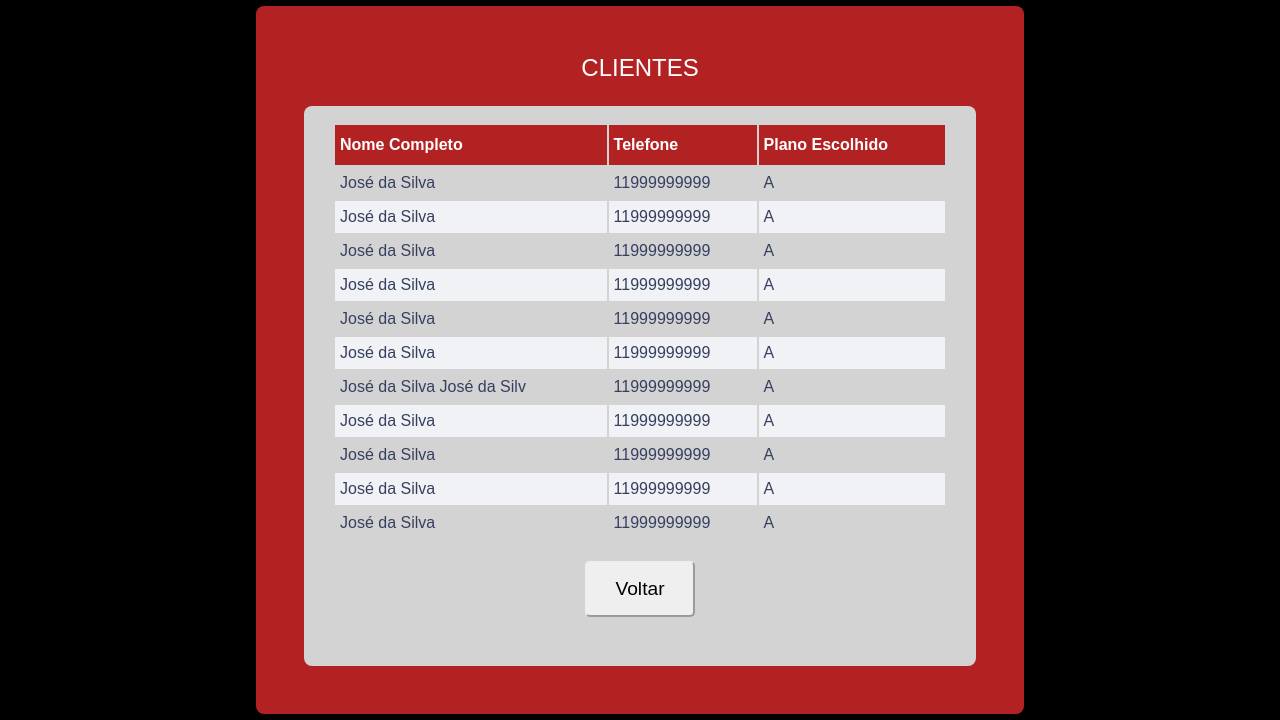
Repository: samantaProspero/projeto_integrador
Page: Versão Atual/PI_Vanila/clientes.html
An editor plug-in stored every save of this project. The page is shown before and after the next save, followed by the edit.
The browser window is 1280 px wide. The pictures show the whole page.

Above is the page before, as saved 2021-11-06 15:07:33.

### Versão Atual/PI_Vanila/clientes.html
<!DOCTYPE html>
<html lang="pt-BR">
<head>
  <meta charset="UTF-8">
  <meta http-equiv="X-UA-Compatible" content="IE=edge">
  <meta name="viewport" content="width=device-width, initial-scale=1.0">
  <link rel="stylesheet" type="text/css" href="_css/global.css">
  <link rel="stylesheet" type="text/css" href="_css/clientes.css">
  <title>D Lions</title>
</head>
<body id="clientes-container">
  <section class="clientes-content">
    <p>CLIENTES</p>
    <nav class="clientes-painel">
      <div class="clientes-lista">

        <div class="area-clientes">
          <table>
            <thead>
              <th>Nome Completo</th>
              <th>Telefone</th>
              <th>Plano Escolhido</th>
            </thead>
            <tbody>
              <tr>
                <td>José da Silva</td>
                <td>11999999999</td>
                <td>A</td>
              </tr>
              <tr>
                <td>José da Silva</td>
                <td>11999999999</td>
                <td>A</td>
              </tr>
              <tr>
                <td>José da Silva</td>
                <td>11999999999</td>
                <td>A</td>
              </tr>
              <tr>
                <td>José da Silva</td>
                <td>11999999999</td>
                <td>A</td>
              </tr>
              <tr>
                <td>José da Silva</td>
                <td>11999999999</td>
                <td>A</td>
              </tr>
              <tr>
                <td>José da Silva</td>
                <td>11999999999</td>
                <td>A</td>
              </tr>
              <tr>
                <td>José da Silva José da Silv</td>
                <td>11999999999</td>
                <td>A</td>
              </tr>
              <tr>
                <td>José da Silva</td>
                <td>11999999999</td>
                <td>A</td>
              </tr>
              <tr>
                <td>José da Silva</td>
                <td>11999999999</td>
                <td>A</td>
              </tr>
              <tr>
                <td>José da Silva</td>
                <td>11999999999</td>
                <td>A</td>
              </tr>
              <tr>
                <td>José da Silva</td>
                <td>11999999999</td>
                <td>A</td>
              </tr>
            </tbody>
          </table>
            <button>Voltar</button>
        </div>
      </div>
    </nav>
  </section>
</body>
</html>

### Versão Atual/PI_Vanila/_css/global.css
  :root{
    --red: #E52E4D;
    --green: #33CC95;
    --blue: #5429CC;
    --blue-light: #6933FF;
    --text-title: #363F5F;
    --text-body: #969CB2;
    --background: #f0f2f5;
    --shape: #FFFFFF;
    --primary_dark: #363F5F;
  --secondary_dark: #000000;
    --primary: #FF0000;
    --bg_home: #B22222;
    --bg_cadastro:#A52A2A;
    --icon: #6495ED;
    --bg_frame: #D3D3D3;
  }
  /* font verdana 8 bold */

  *{
    margin: 0;
    padding: 0;
    box-sizing: border-box;
  }

  /* // font-size: 16px (Desktop) */
  html{
    @media (max-width: 1080px){
      font-size: 93.75%; //15px
    }
    @media (max-width: 720px){
      font-size: 87.5%;  //14px
    }
  }
  /* //REM = 1rem = 16px */
  body{
    background: var(--secondary_dark);
    -webkit-font-smoothing: antialiased;
  }

  body, input, textarea, button {
    font-family: 'Poppins', sans-serif;
    font-weight: 400;
  }

  h1, h2, h3, h4, h5, h6, strong {
    font-weight: 600;
  }

  button {
    cursor: pointer;
  }



  /* [disabled] {
    opacity: 0.6;
    cursor: not-allowed;
  }

  .react-modal-overlay{
    background: rgba(0,0,0,0.5);
    position: fixed;

    top: 0;
    bottom: 0;
    right: 0;
    left: 0;

    display: flex;
    align-items: center;
    justify-content: center;
  }

  .react-modal-content{
    width: 100%;
    max-width: 576px;
    background: var(--background);
    padding: 3rem;
    position: relative;
    border-radius: 0.25rem;
  }

  .react-modal-close{
    position: absolute;
    right: 1.5rem;
    top: 1.5rem;
    border: 0;
    background: transparent;
    transition: 0.2s; */

    /* &:hover{
      filter: brightness(0.9)
    }
  } */

### Versão Atual/PI_Vanila/_css/clientes.css
#clientes-container {
  width: 100vw;
  height: 100vh;
  display: flex;
  flex-direction: column;
  align-items: center;
  justify-content: center;
}
.clientes-content {
  width: 60vw;
  max-width: 1000px;
  display: flex;
  flex-direction: column;
  justify-content: center;
  align-items: center;
  padding: 3rem;
  border-radius: 8px;
  background-color: var(--bg_home);
}
.clientes-content p {
  color: var(--shape);
  font-size: 1.5rem;
  text-align: center;
  padding-bottom: 1.5rem;
}
.clientes-painel {
  width: 100%;
}
.clientes-lista {
  width: 100%;
  background-color: var(--bg_frame);
  display: flex;
  justify-content: space-around;
  align-items: center;
  padding: 1.5rem;
  border-radius: 8px;

  padding-top: 0.7rem;
}

.area-clientes {
  overflow-x:auto;
  display: flex;
  flex: 1;
  flex-direction: column;
  align-items: center;
  justify-content: space-between;
  padding: 5px;

}
.area-clientes table {
  width: 100%;
}
.area-clientes table th, td{
  text-align: left;
  padding: 5px;
}
.area-clientes table thead{
  background-color: var(--bg_home);
  /* opacity: 0.8; */
  height: 2.5rem;
  color: var(--shape);
}
.area-clientes tr:nth-child(even) {
  background-color: var(--background)
}
.area-clientes tr:hover {
  background-color: var(--bg_home);
  color: var(--shape);
}
.area-clientes table td{
  height: 2rem;
  color: var(--primary_dark);
}
.area-clientes  button{
  /* width: 8rem; */
  height: 3.5rem;
  font-size: 1.2rem;
  padding: 0.8rem 1.8rem;
  border-radius: 5px;
  margin: 20px;
  border-color: var(--text);
}

After the next save:
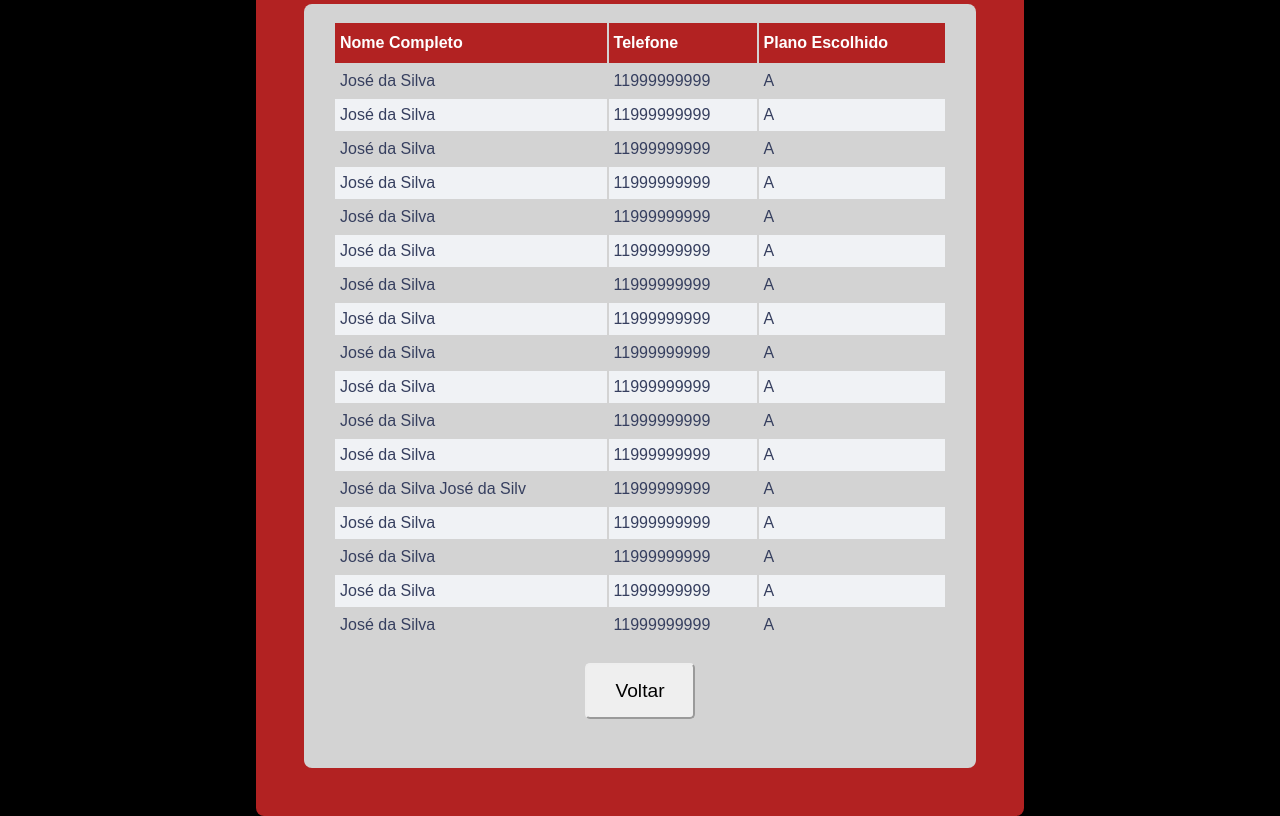
Saved 89 s later.
--- a/Versão Atual/PI_Vanila/clientes.html
+++ b/Versão Atual/PI_Vanila/clientes.html
@@ -22,6 +22,36 @@
               <th>Plano Escolhido</th>
             </thead>
             <tbody>
+              <tr>
+                <td>José da Silva</td>
+                <td>11999999999</td>
+                <td>A</td>
+              </tr>
+              <tr>
+                <td>José da Silva</td>
+                <td>11999999999</td>
+                <td>A</td>
+              </tr>
+              <tr>
+                <td>José da Silva</td>
+                <td>11999999999</td>
+                <td>A</td>
+              </tr>
+              <tr>
+                <td>José da Silva</td>
+                <td>11999999999</td>
+                <td>A</td>
+              </tr>
+              <tr>
+                <td>José da Silva</td>
+                <td>11999999999</td>
+                <td>A</td>
+              </tr>
+              <tr>
+                <td>José da Silva</td>
+                <td>11999999999</td>
+                <td>A</td>
+              </tr>
               <tr>
                 <td>José da Silva</td>
                 <td>11999999999</td>
